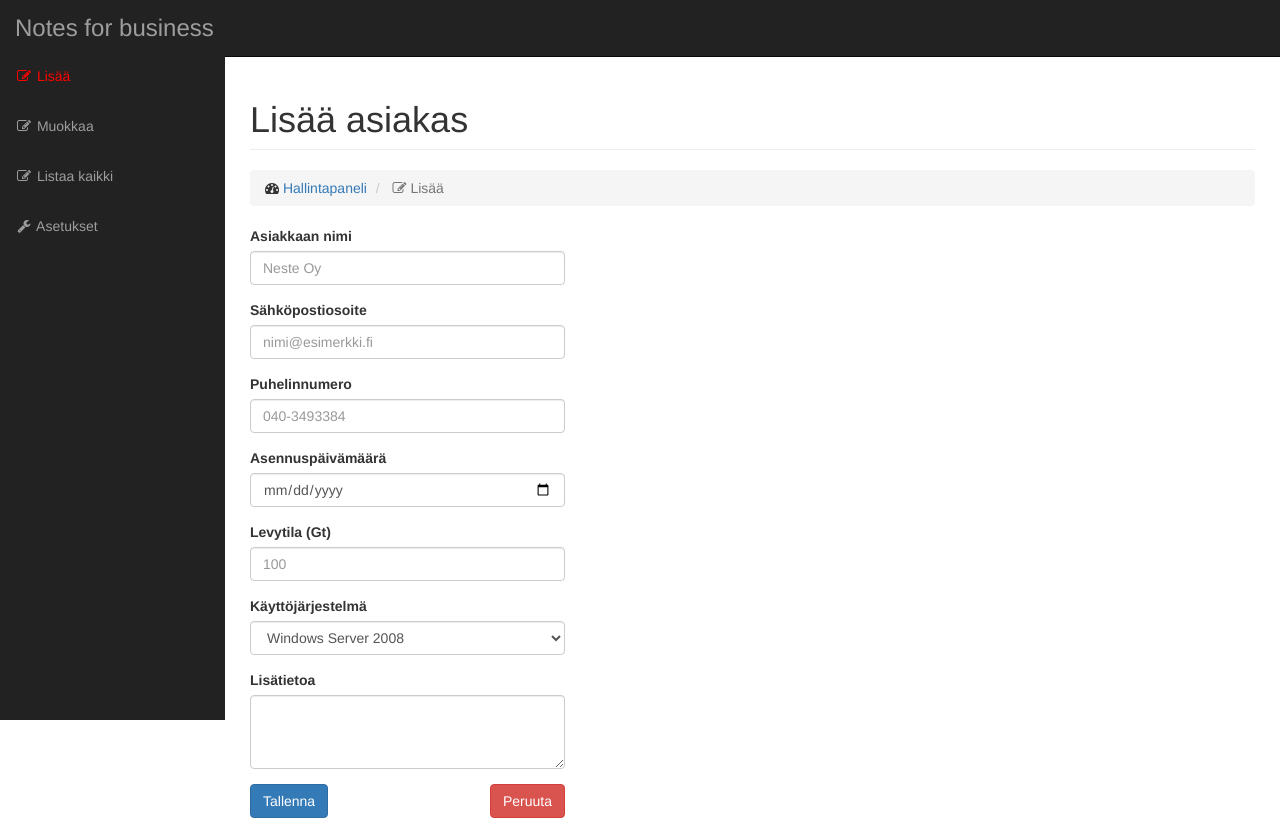
Repository: TommiKurjensalo/php
Page: http://localhost/listaaKaikki.php
These files come from the project's save history. The page is drawn as it stood at one moment and after the next save; the edit follows.
The browser window is 1280 px wide. The pictures show the whole page.
The page is run by PHP 8.4 with error messages shown; the project is at /var/www/html/.

Above is the page before, as saved 2017-04-08 18:07:50.

After the next save:
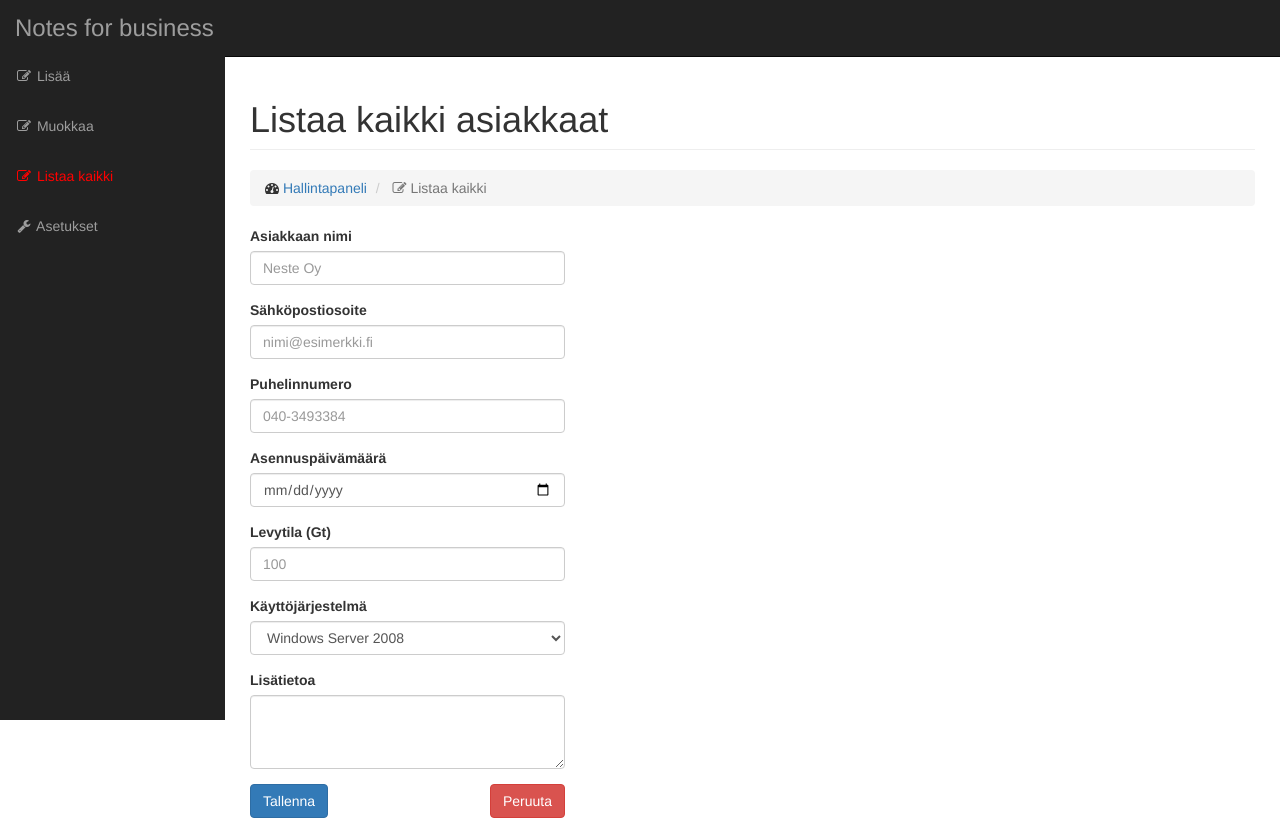
Saved 79 s later.
--- a/sivut/listaaKaikki.php
+++ b/sivut/listaaKaikki.php
@@ -45,13 +45,13 @@
             <div class="collapse navbar-collapse navbar-ex1-collapse">
                 <ul class="nav navbar-nav side-nav">
                     <li>
-                        <a href="lisaa.php" class="active"> <i class="fa fa-fw fa-edit"></i> Lisää</a>
+                        <a href="lisaa.php"> <i class="fa fa-fw fa-edit"></i> Lisää</a>
                     </li>
                     <li>
                         <a href="muokkaa.php"><i class="fa fa-fw fa-edit"></i> Muokkaa</a>
                     </li>
                     <li>
-                        <a href="listaaKaikki.php"><i class="fa fa-fw fa-edit"></i> Listaa kaikki</a>
+                        <a href="listaaKaikki.php" class="active"><i class="fa fa-fw fa-edit"></i> Listaa kaikki</a>
                     </li>
                     <li>
                         <a href="asetukset.php"><i class="fa fa-fw fa-wrench"></i> Asetukset</a>
@@ -70,14 +70,14 @@
                 <div class="row">
                     <div class="col-lg-12">
                         <h1 class="page-header">
-                            Lisää asiakas
+                            Listaa kaikki asiakkaat
                         </h1>
                         <ol class="breadcrumb">
                             <li>
                                 <i class="fa fa-dashboard"></i>  <a href="index.php">Hallintapaneli</a>
                             </li>
                             <li class="active">
-                                <i class="fa fa-edit"></i> Lisää
+                                <i class="fa fa-edit"></i> Listaa kaikki
                             </li>
                         </ol>
                     </div>
